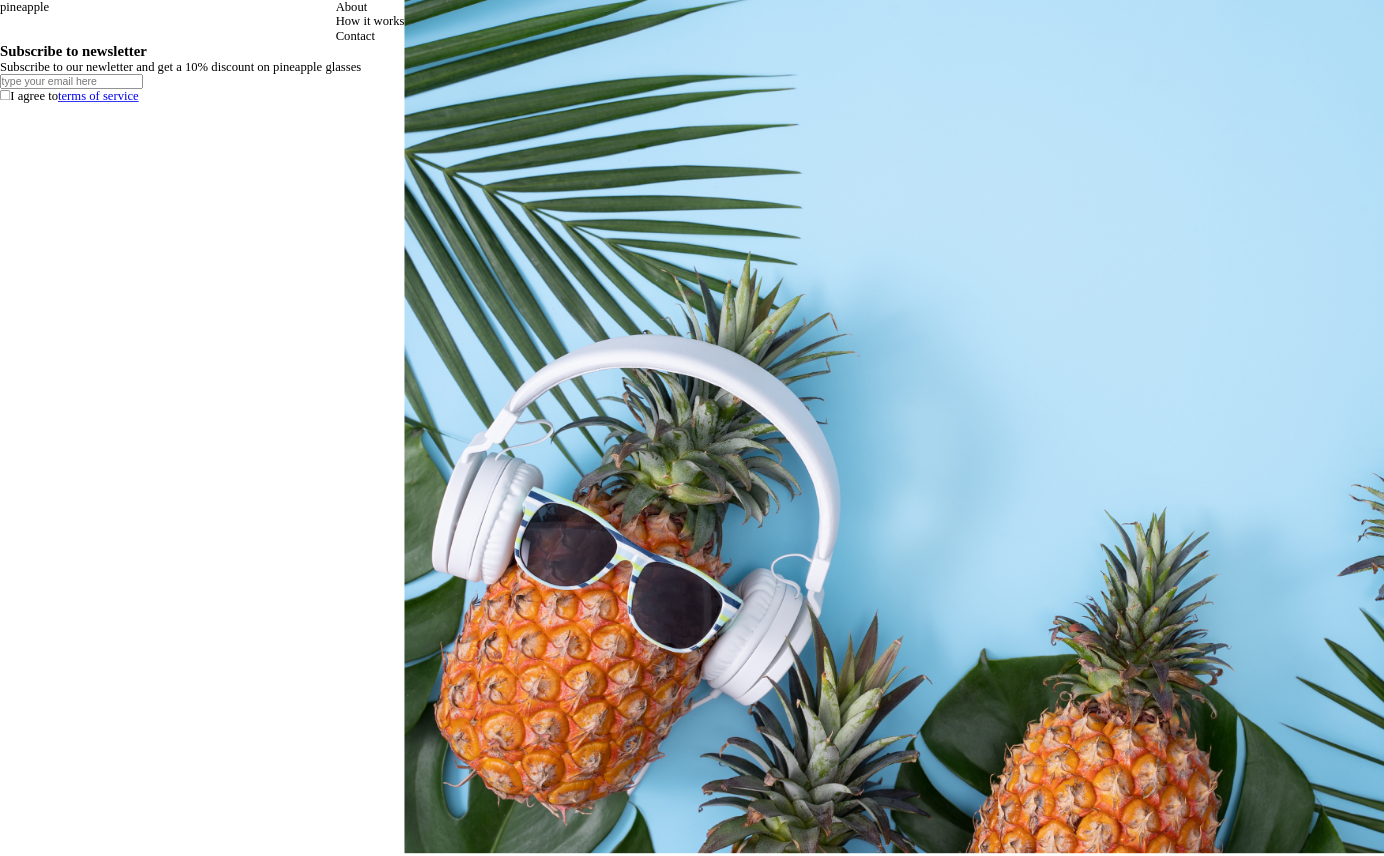
Repository: PaulsBebris/megabit-task
Page: /
The author's editor kept a copy of each file at every save. The page is drawn from the files as they stood at one save, then again after a run of saves.
The browser window is 1280 px wide. The page is 1752 px wide, so the pictures cover 1752 px, including what lies to the right of the window. The pictures show the whole page, at 79% of full size.
The project was rebuilt for these pictures with package versions that can differ from the ones it lists, and the page was loaded fresh each time.

Above is the page before, as saved 2021-04-19 07:55:25.

After the next 2 saves:
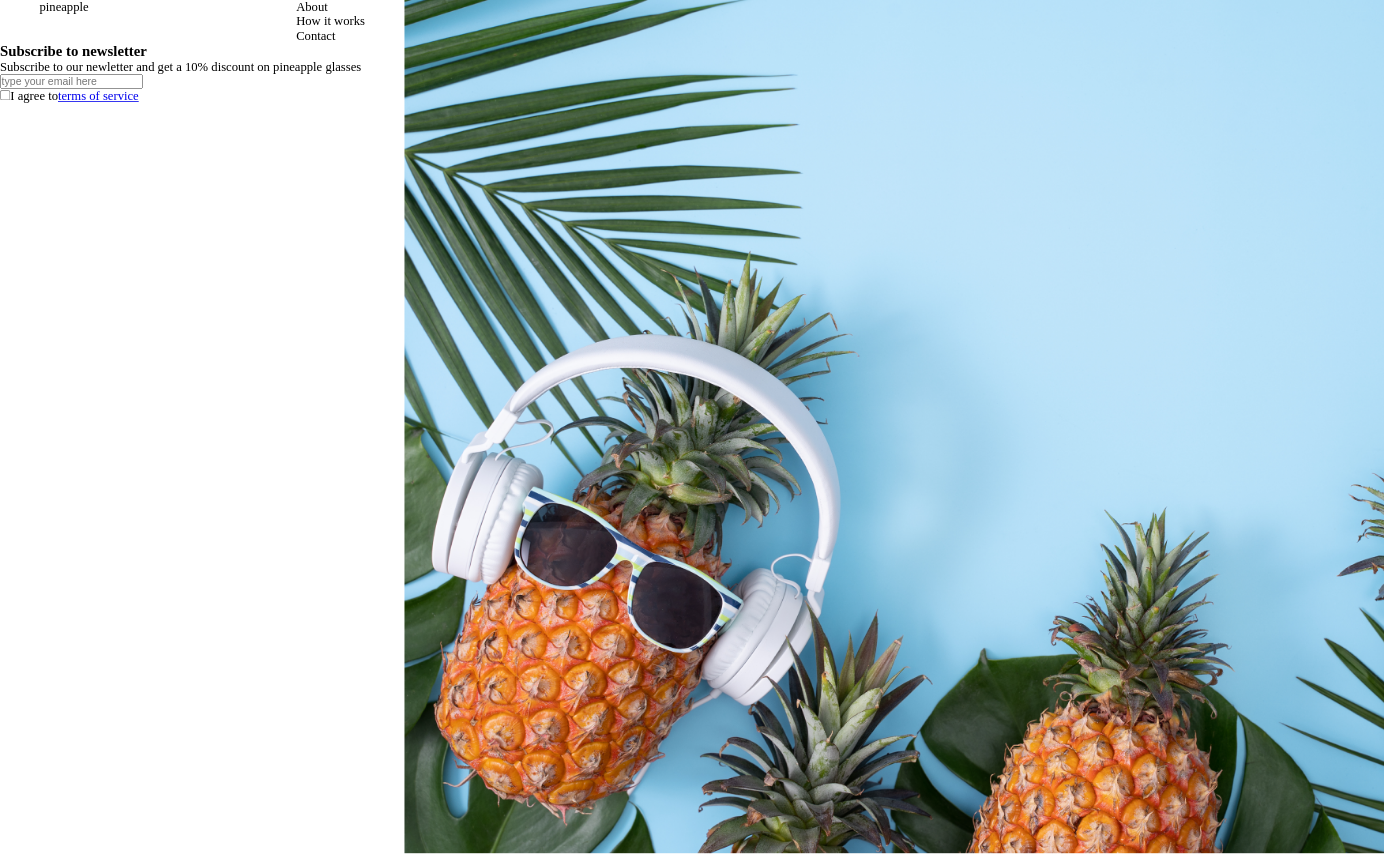
The 2 saves are shown as one change because they came seconds apart.
The last was saved 5 min 48 s later.
--- a/src/views/Home.vue
+++ b/src/views/Home.vue
@@ -74,6 +74,15 @@ export default {
   display: flex;
   justify-content: space-between;
 }
+.logo {
+  margin-left: 50px;
+}
+.main-menu {
+  margin-right: 50px;
+}
+
+
+
 // mobile
 @media screen and (max-width: 1024px) {
   .base-image {
